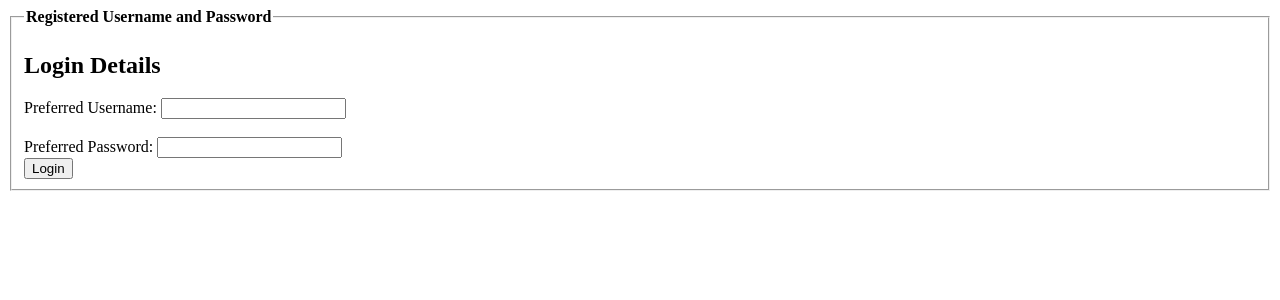
Repository: hizeetech/First-Assignment
Page: login.html
These files come from the project's save history. The page is drawn as it stood at one moment and after a run of saves; the edit follows.
The browser window is 1280 px wide. The pictures show the whole page.

Above is the page before, as saved 2024-11-09 04:12:01.

### login.html
<!-- login.html -->
<!DOCTYPE html>
<html lang="en">
<head>
    <meta charset="UTF-8">
    <meta name="viewport" content="width=device-width, initial-scale=1.0">
    <title>Login Page</title>
</head>
<body>
    <div>
        <fieldset>
            <legend><b>Registered Username and Password</b></legend>
        <h2>Login Details</h2>
        <form action="login.php" method="POST">
            <div>
                <label for="username">Preferred Username:</label>
                <input type="text" id="username" name="username" required>
            </div>
            <br>
            <div>
                <label for="password">Preferred Password:</label>
                <input type="password" id="password" name="password" required>
            </div>
            <button type="submit">Login</button>
        </form>
        </fieldset>
    </div>
</body>
</html>

After the next 2 saves:
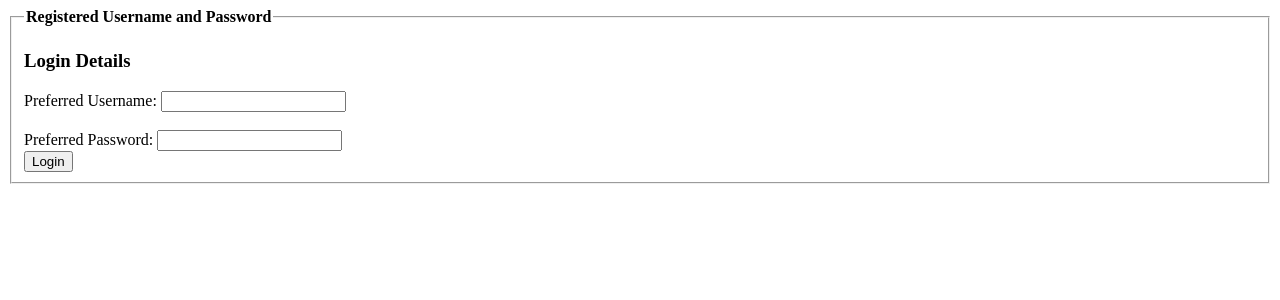
The 2 saves are shown as one change because they came seconds apart.
The last was saved 9 s later.
--- a/login.html
+++ b/login.html
@@ -10,7 +10,7 @@
     <div>
         <fieldset>
             <legend><b>Registered Username and Password</b></legend>
-        <h2>Login Details</h2>
+        <h3>Login Details</h3>
         <form action="login.php" method="POST">
             <div>
                 <label for="username">Preferred Username:</label>
